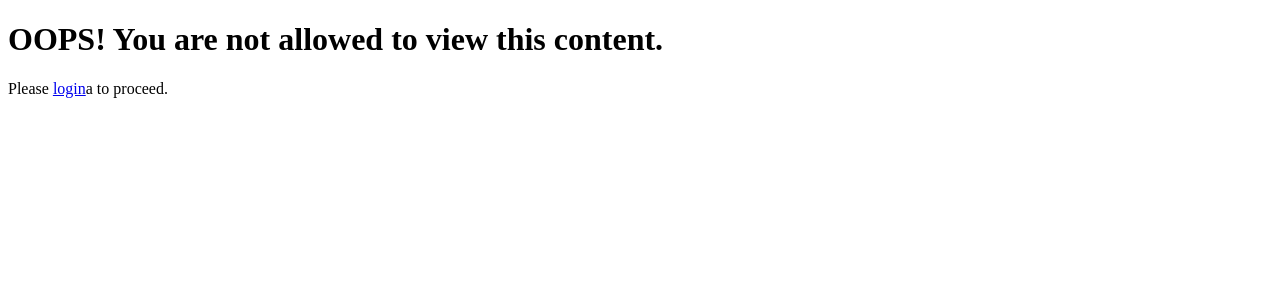
Repository: claudesedillo/WEBAPDE-MP2
Page: MP2 Workplace/WEBAPDE-MP2Q/WebContent/Access-Denied.html
An editor plug-in stored every save of this project. The page is shown before and after the next save, followed by the edit.
The browser window is 1280 px wide. The pictures show the whole page.

Above is the page before, as saved 2017-07-26 12:08:14.

### MP2 Workplace/WEBAPDE-MP2Q/WebContent/Access-Denied.html
<!DOCTYPE html>
<html>
<head>
<meta charset="ISO-8859-1">
<title>Insert title here</title>
</head>
<body>
	<h1>OOPS! You are not allowed to view this content.</h1>
	<span>Please <a href="login.html">login</a>a to proceed.
	</span>
</body>
</html>

After the next save:
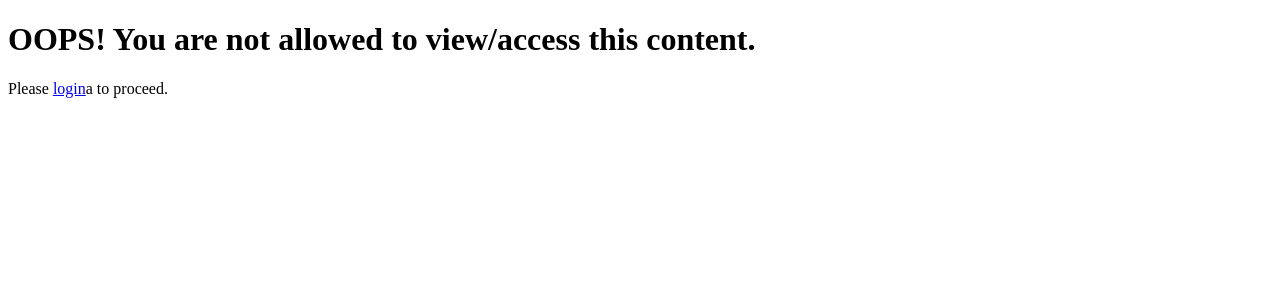
Saved 11 s later.
--- a/MP2 Workplace/WEBAPDE-MP2Q/WebContent/Access-Denied.html
+++ b/MP2 Workplace/WEBAPDE-MP2Q/WebContent/Access-Denied.html
@@ -5,7 +5,7 @@
 <title>Insert title here</title>
 </head>
 <body>
-	<h1>OOPS! You are not allowed to view this content.</h1>
+	<h1>OOPS! You are not allowed to view/access this content.</h1>
 	<span>Please <a href="login.html">login</a>a to proceed.
 	</span>
 </body>
